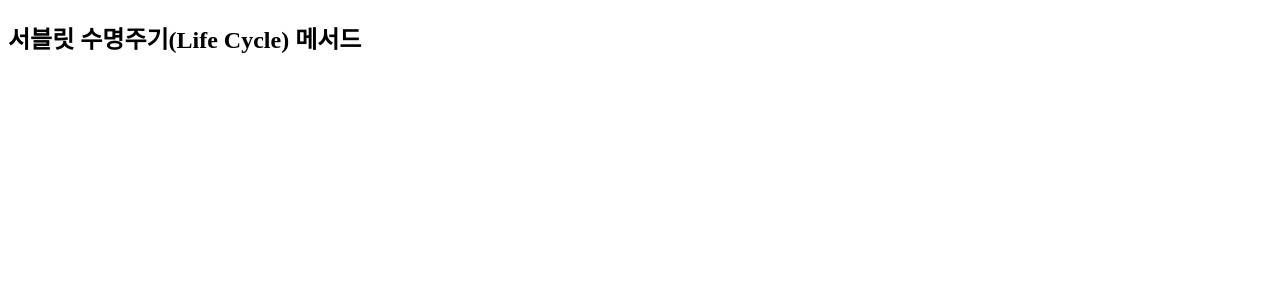
Repository: Motibidu/JSP_Servlet
Page: http://localhost/MushHaveJsp/12Servlet/LifeCycle.do
The author's editor kept a copy of each file at every save. The page is drawn from the files as they stood at one save, then again after a run of saves.
The browser window is 1280 px wide. The pictures show the whole page.
The page is served by Tomcat 10. Other server files are loaded and not shown.

Above is the page before, as saved 2025-05-14 03:56:31.

### MushHaveJsp/src/main/webapp/12Servlet/LifeCycle.jsp
<%@ page language="java" contentType="text/html; charset=UTF-8" pageEncoding="UTF-8"%>
<!DOCTYPE html>
<html>
<head>
<meta charset="UTF-8">
<title>LifeCycle.jsp</title>
<script>
	function requestAction(frm, met) {
		if (met == 1) {
			frm.method = 'get';
		} else {
			frm.method = 'post';
		}
		frm.submit()

	}
</script>
</head>
<body>
	<h2>서블릿 수명주기(Life Cycle) 메서드</h2>
	<form action="./LiftCycle.do"></form>

</body>
</html>

### MushHaveJsp/src/main/java/servlet/LifeCycle.java
package servlet;

import java.io.IOException;

import jakarta.annotation.PostConstruct;
import jakarta.servlet.ServletConfig;
import jakarta.servlet.ServletException;
import jakarta.servlet.annotation.WebServlet;
import jakarta.servlet.http.HttpServlet;
import jakarta.servlet.http.HttpServletRequest;
import jakarta.servlet.http.HttpServletResponse;

@WebServlet("/12Servlet/LifeCycle.do")
public class LifeCycle extends HttpServlet
{
	private static final long serialVersionUID = 1L;

	@PostConstruct
	public void myPostConstruct()
	{
		System.out.println("myPostConstruct() 호출");

	}

	@Override
	public void init(ServletConfig config) throws ServletException
	{
		System.out.println("init() 호출");
	}

	@Override
	protected void service(HttpServletRequest req, HttpServletResponse resp) throws ServletException, IOException
	{
		System.out.println("service() 호출");
		super.service(req, resp);
	}

	@Override
	protected void doGet(HttpServletRequest req, HttpServletResponse resp) throws ServletException, IOException
	{
		System.out.println("doGet() 호출");
		req.getRequestDispatcher("/12Servlet/LifeCycle.jsp").forward(req, resp);
	}

	@Override
	protected void doPost(HttpServletRequest req, HttpServletResponse resp) throws ServletException, IOException
	{
		System.out.println("doPost() 호출");
		req.getRequestDispatcher("/12Servlet/LifeCycle.jsp").forward(req, resp);
	}

	@Override
	public void destroy()
	{
		System.out.println("destroy() 호출");
	}

	public void myPreDestroy()
	{
		System.out.println("myPreDestroy() 호출");
	}
}

After the next 2 saves:
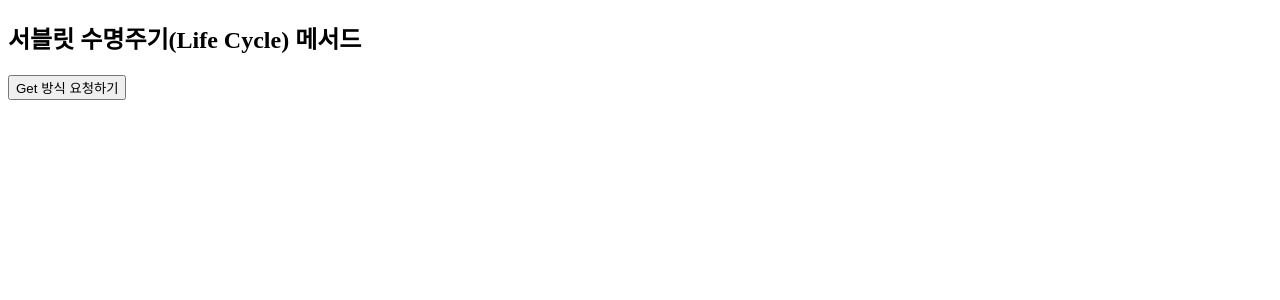
The 2 saves are shown as one change because they came seconds apart.
The last was saved 21 s later.
--- a/MushHaveJsp/src/main/webapp/12Servlet/LifeCycle.jsp
+++ b/MushHaveJsp/src/main/webapp/12Servlet/LifeCycle.jsp
@@ -18,7 +18,9 @@
 </head>
 <body>
 	<h2>서블릿 수명주기(Life Cycle) 메서드</h2>
-	<form action="./LiftCycle.do"></form>
+	<form action="./LiftCycle.do">
+		<input type="button" value="Get 방식 요청하기" onclick="requestAction(this.form, 1);"/>
+	</form>
 
 </body>
 </html>
